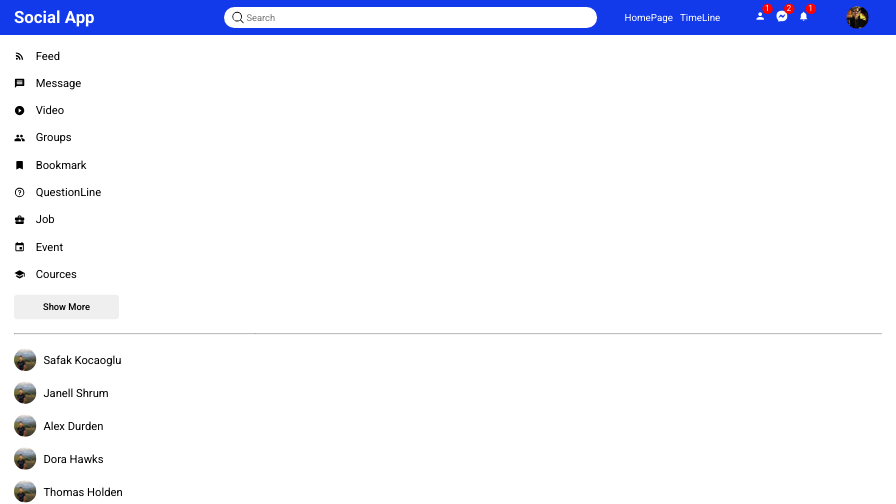
Repository: ZakariaZhlat125/Social-App
Page: /
The author's editor kept a copy of each file at every save. The page is drawn from the files as they stood at one save, then again after the next save.
The browser window is 1280 px wide. The pictures show the part of the page from y = 0 to 1920 px (the page is 720 px tall before and 6066 px after), at 70% of full size.
An inner scrolling area shows only its first screen. The project was rebuilt for these pictures with package versions that can differ from the ones it lists, and the page was loaded fresh each time. Also part of the build but not shown: vite.config.js, src/pages/home/Home.css, src/pages/home/Home.jsx.

Above is the page before, as saved 2023-01-12 01:07:17.

After the next save:
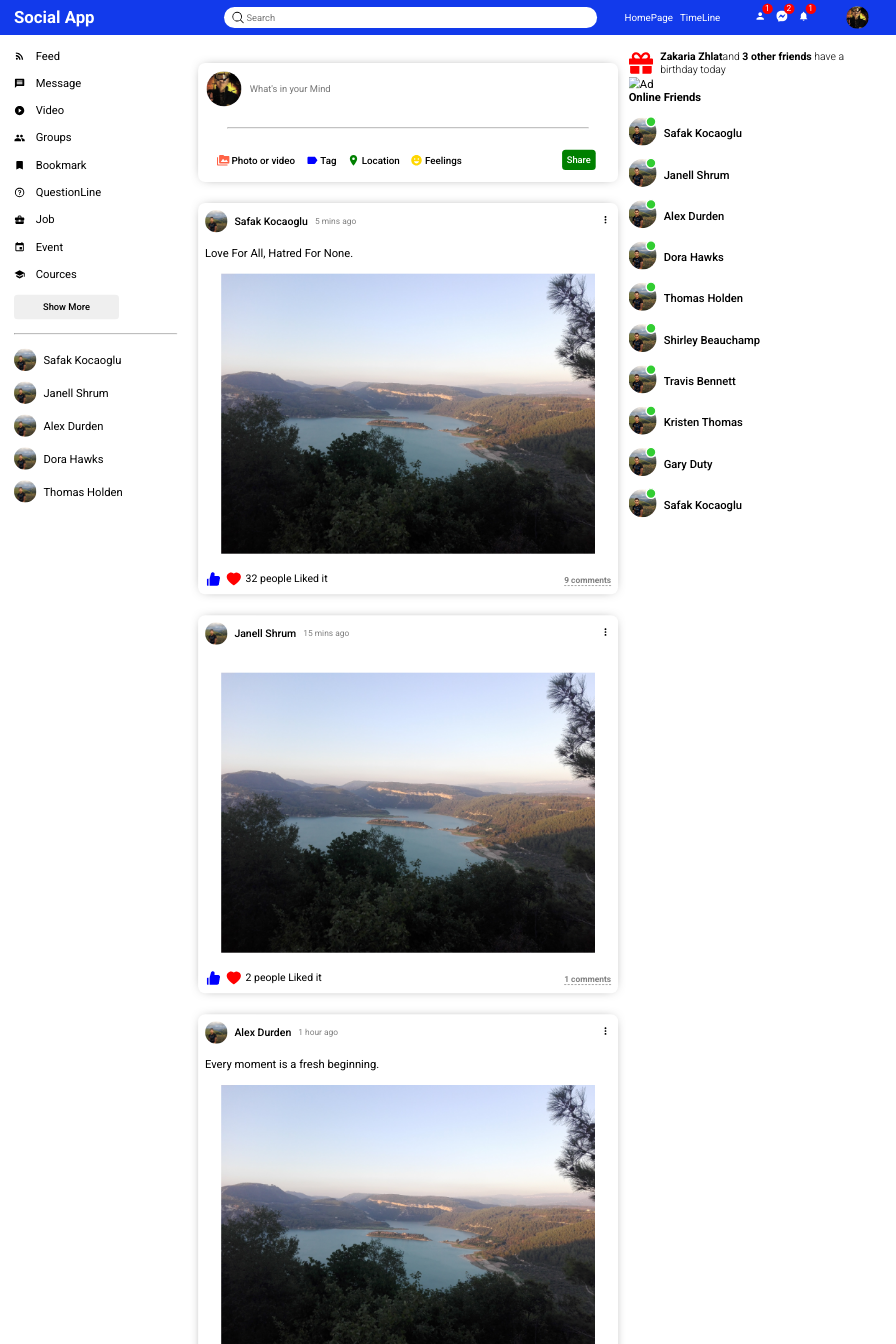
Saved 11 s later.
--- a/src/pages/profile/Profile.jsx
+++ b/src/pages/profile/Profile.jsx
@@ -15,8 +15,8 @@ export default function Profile() {
           <div className="prfileRightTop"></div>
           <div className="prfileRightBottom"></div>
         </div>
-        {/* <Feed /> */}
-        {/* <Rightbar /> */}
+        <Feed />
+        <Rightbar />
       </div>
     </>
   );
